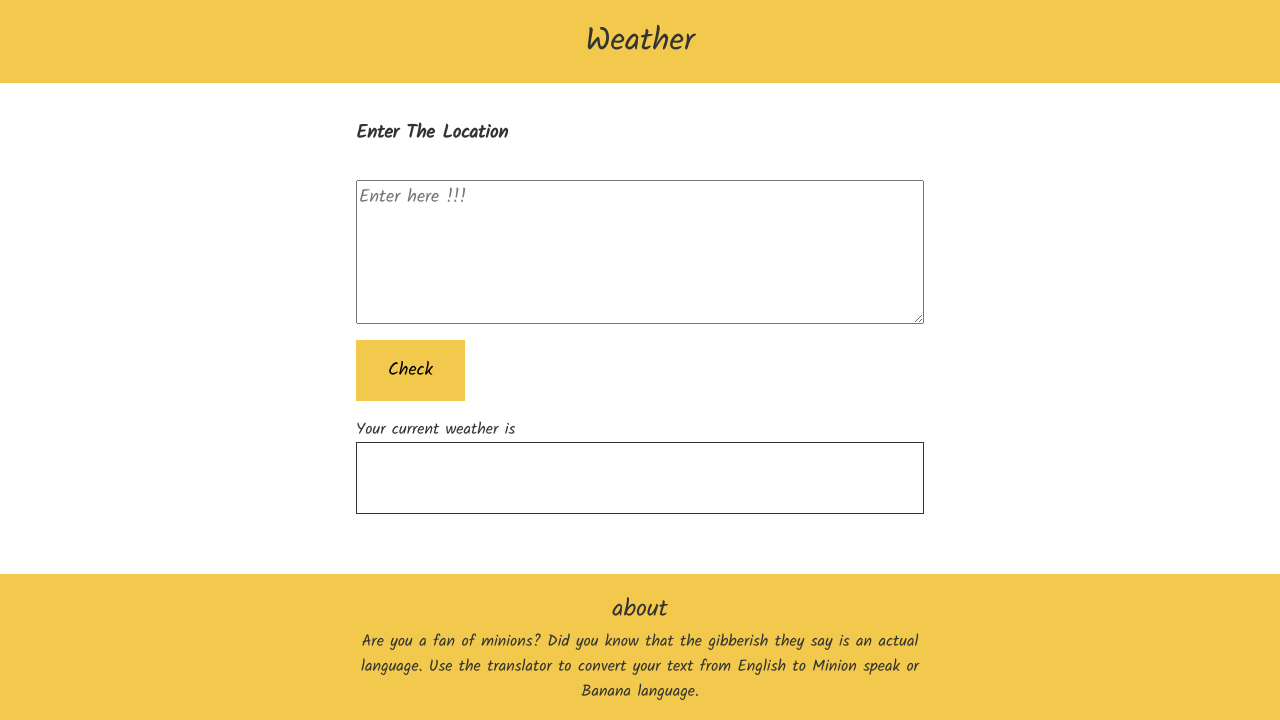
Repository: Irfan-vit/openapi
Page: index.html
An editor plug-in stored every save of this project. The page is shown before and after a run of saves, followed by the edit.
The browser window is 1280 px wide. The pictures show the whole page.

Above is the page before, as saved 2021-05-27 23:22:20.

### index.html
<!DOCTYPE html>
<html lang="en">

<head>
    <meta charset="UTF-8">
    <meta http-equiv="X-UA-Compatible" content="IE=edge">
    <meta name="viewport" content="width=device-width, initial-scale=1.0">
    <title>Api</title>
    <link rel="stylesheet" href="style.css">
</head>

<body>

    <nav>
        <div style="font-size: 2rem; padding: 1rem;">
            Weather
        </div>

    </nav>

    <main>

        <h3>Enter The Location</h1>

        <textarea name="" id="txt-input" class="t-area" placeholder="Enter here !!!"></textarea>

        <button id="btn-translate">
            Check
        </button>

        <div>Your current weather is</div>

        <div id="output" class="t-area">

        </div>

    </main>

    <footer>
        <div style="font-size: x-large;">about</div>
        <p>Are you a fan of minions? Did you know that the gibberish they say is an actual language. Use the translator
            to convert your text from English to Minion speak or Banana language.</p>
    </footer>



    <script src="app.js" type="text/javascript"></script>
</body>

</html>

### style.css
@import url('https://fonts.googleapis.com/css2?family=Kalam&display=swap');

* {
    box-sizing: border-box;
}

:root {
    --primary: #F2C94C;
    --black: #333333;
    --width-break:600px
}

body {
    margin: 0;
    font-family: 'Kalam', cursive;
    color: #333333;
}

nav {
    background-color: var(--primary);
    text-align: center;
}

main {
    margin: auto;
    padding: 1rem;
    max-width: var(--width-break);
}

textarea {
    box-sizing: border-box;
    display: block;
    width: 100%;
    min-height: 20vh;
    margin-top: 2rem;
    font-size: large;
    font-family: inherit;
}

button {
    background-color: var(--primary);
    border: none;
    margin: 1rem 0rem;
    padding: 1rem 2rem;
    font-family: 'Kalam', cursive;
    font-size: large;
}


#output {
    box-sizing: border-box;
    width: 100%;
    min-height: 10vh;
    max-height: 20vh;
    overflow:scroll;
    border: 1px solid var(--black);
}

footer {
    position: fixed;
    bottom: 0;
    width: 100%;
    padding: 1rem;
    background-color: var(--primary);
    text-align: center;
}

footer p {
    max-width: var(--width-break);
    margin: auto;
}

### app.js
var btnTranslate = document.querySelector("#btn-translate");
var txtInput = document.querySelector("#txt-input");
var outputDiv = document.querySelector('#output')
var serverURL = "https://api.openweathermap.org/data/2.5/weather?q="
var key = "&appid=49257f6591cfc3ed8daf0b5970d519cb"

function getTranslationURL(text) {
    return serverURL + text + key
}

function errorHandler(error) {
    console.log("error occured", error)
    alert("something went wrong  :  " + error)
}

function clickHandler() {
    // outputDiv.innerText = "translated  " + txtInput.value + "  To : bababbababababababa ";

    var inputText = txtInput.value;

    fetch(getTranslationURL(inputText))
        .then(response => response.json())
        .then(json => {
            var translatedText = "Country : " + json['sys']['country'] + " | tempreature : " + json['main']['temp'] + " | weather : " +  json['weather'][0]['description'] + " | longitude : " + json['coord']['lon'] + " | latitude : " + json['coord']['lat'] + " | wind speed : " + json['wind']['speed'] + " | Wind direction, degrees : " + json['wind']['deg'];
            outputDiv.innerText = translatedText;
            })
    };


btnTranslate.addEventListener("click", clickHandler)

After the next 3 saves:
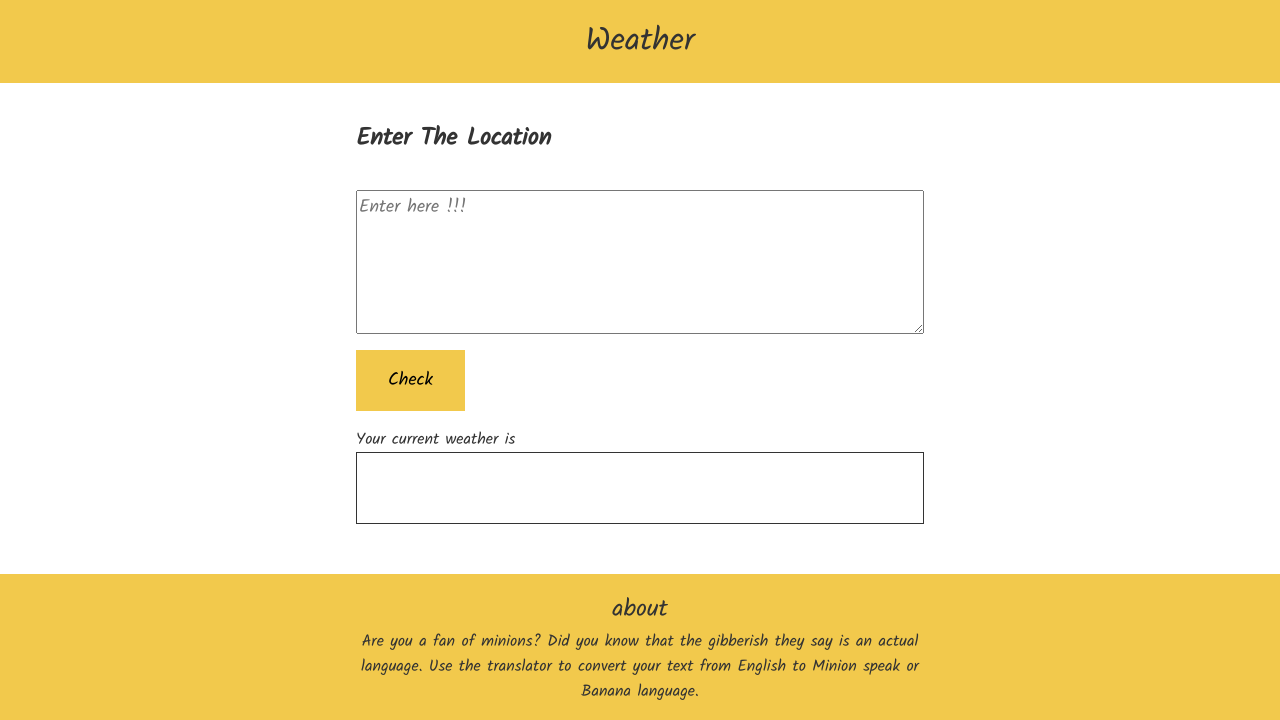
The 3 saves are shown as one change because they came seconds apart.
The last was saved 9 s later.
--- a/index.html
+++ b/index.html
@@ -20,7 +20,7 @@
 
     <main>
 
-        <h3>Enter The Location</h1>
+        <h2>Enter The Location</h2>
 
         <textarea name="" id="txt-input" class="t-area" placeholder="Enter here !!!"></textarea>
 
